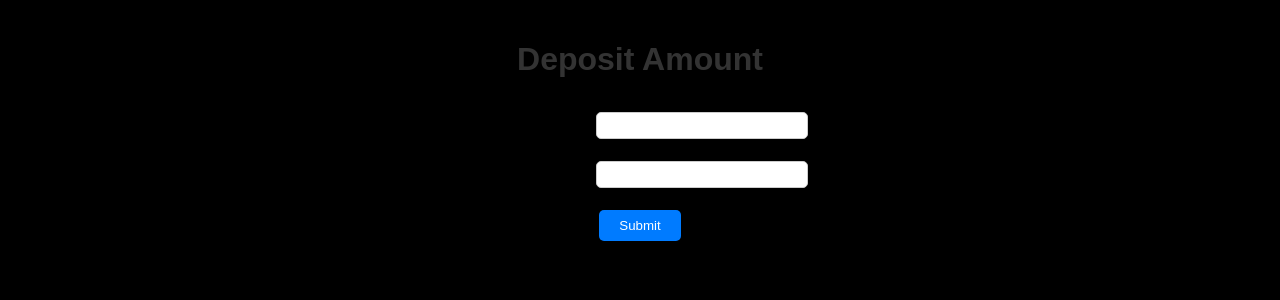
Repository: Surajkande2001/IGTSolution
Page: WebJSPProject1/src/main/webapp/Deposit.html
An editor plug-in stored every save of this project. The page is shown before and after the next save, followed by the edit.
The browser window is 1280 px wide. The pictures show the whole page.

Above is the page before, as saved 2023-07-02 16:37:14.

### WebJSPProject1/src/main/webapp/Deposit.html
<!DOCTYPE html>
<html>

<head>
	<meta charset="ISO-8859-1">
	<title>Insert title here</title>
	<style>
		body {
			background-color: black;
			font-family: Arial, sans-serif;
			margin: 0;
			padding: 20px;
		}

		h1 {
			text-align: center;
			color: #333333;
		}

		form {
			text-align: center;
		}

		table {
			margin: 0 auto;
		}

		td {
			padding: 10px;
		}

		input[type="text"] {
			width: 200px;
			padding: 5px;
			border-radius: 5px;
			border: 1px solid #ccc;
		}

		input[type="submit"] {
			padding: 8px 20px;
			border-radius: 5px;
			border: none;
			background-color: #007bff;
			color: #fff;
			cursor: pointer;
		}
	</style>
</head>

<body>
	<div>
		<h1>Deposit Amount</h1>
		<form action="Deposit.jsp">
			<table>
				<tr>
					<td>
						Enter Id:
					</td>
					<td>
						<input type="text" name="id">
					</td>
				</tr>
				<tr>
					<td>
						Enter Amount:
					</td>
					<td>
						<input type="text" name="amt">
					</td>
				</tr>
				<tr>
					<td colspan="2">
						<input type="submit" value="Submit">
					</td>
				</tr>
			</table>
		</form>
	</div>
</body>

</html>

After the next save:
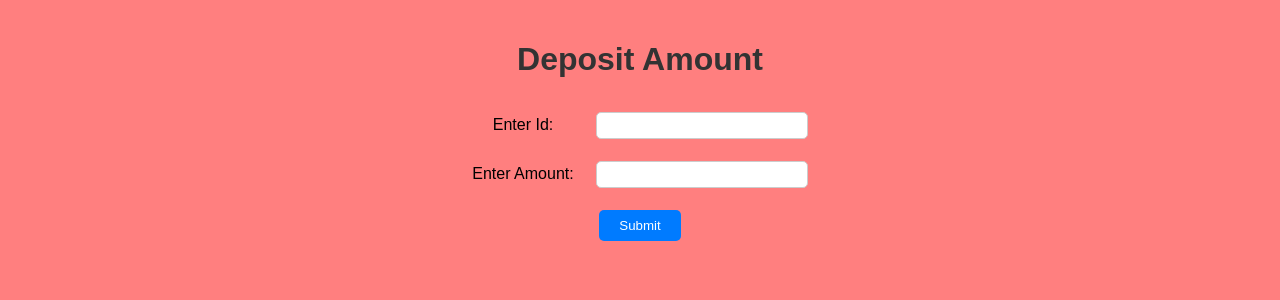
Saved 54 s later.
--- a/WebJSPProject1/src/main/webapp/Deposit.html
+++ b/WebJSPProject1/src/main/webapp/Deposit.html
@@ -6,7 +6,8 @@
 	<title>Insert title here</title>
 	<style>
 		body {
-			background-color: black;
+			background-color: rgba(255, 0, 0, 0.5);
+
 			font-family: Arial, sans-serif;
 			margin: 0;
 			padding: 20px;
